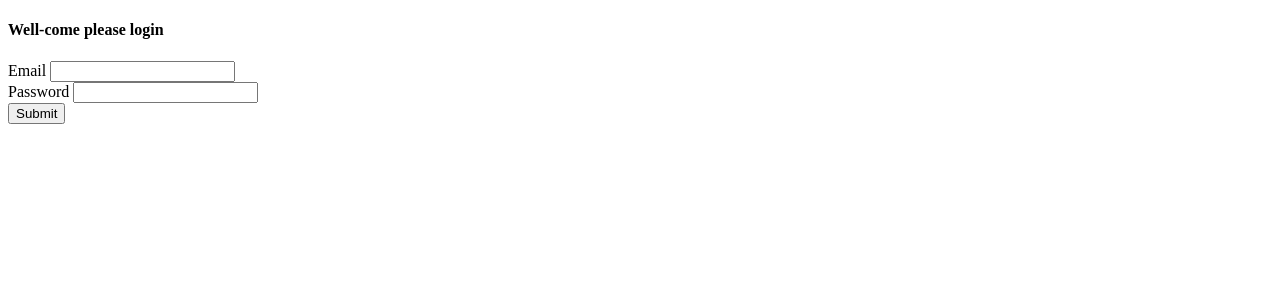
Repository: Yogesh12P/BridgeLabzJava
Page: LoginformUsingSpring/WebContent/Login.html
These files come from the project's save history. The page is drawn as it stood at one moment and after the next save; the edit follows.
The browser window is 1280 px wide. The pictures show the whole page.

Above is the page before, as saved 2017-11-10 09:28:24.

After the next save:
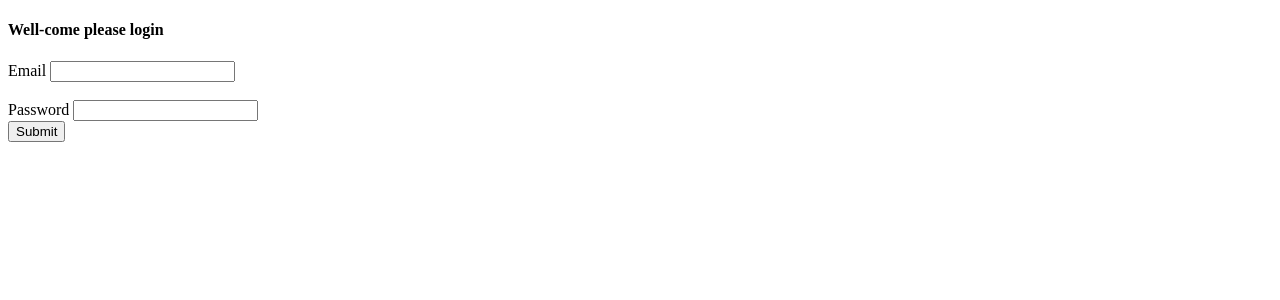
Saved 2 min 31 s later.
--- a/LoginformUsingSpring/WebContent/Login.html
+++ b/LoginformUsingSpring/WebContent/Login.html
@@ -8,7 +8,7 @@
 		<h4>Well-come please login</h4>
 		<form action="#">
 			<label>Email</label>
-			<input type="text" name="email" id="email"><br>
+			<input type="text" name="email" id="email"><br><br>
 			<label>Password</label>
 			<input type="password" name="password" id="password"><br>
 			<input type="submit">
